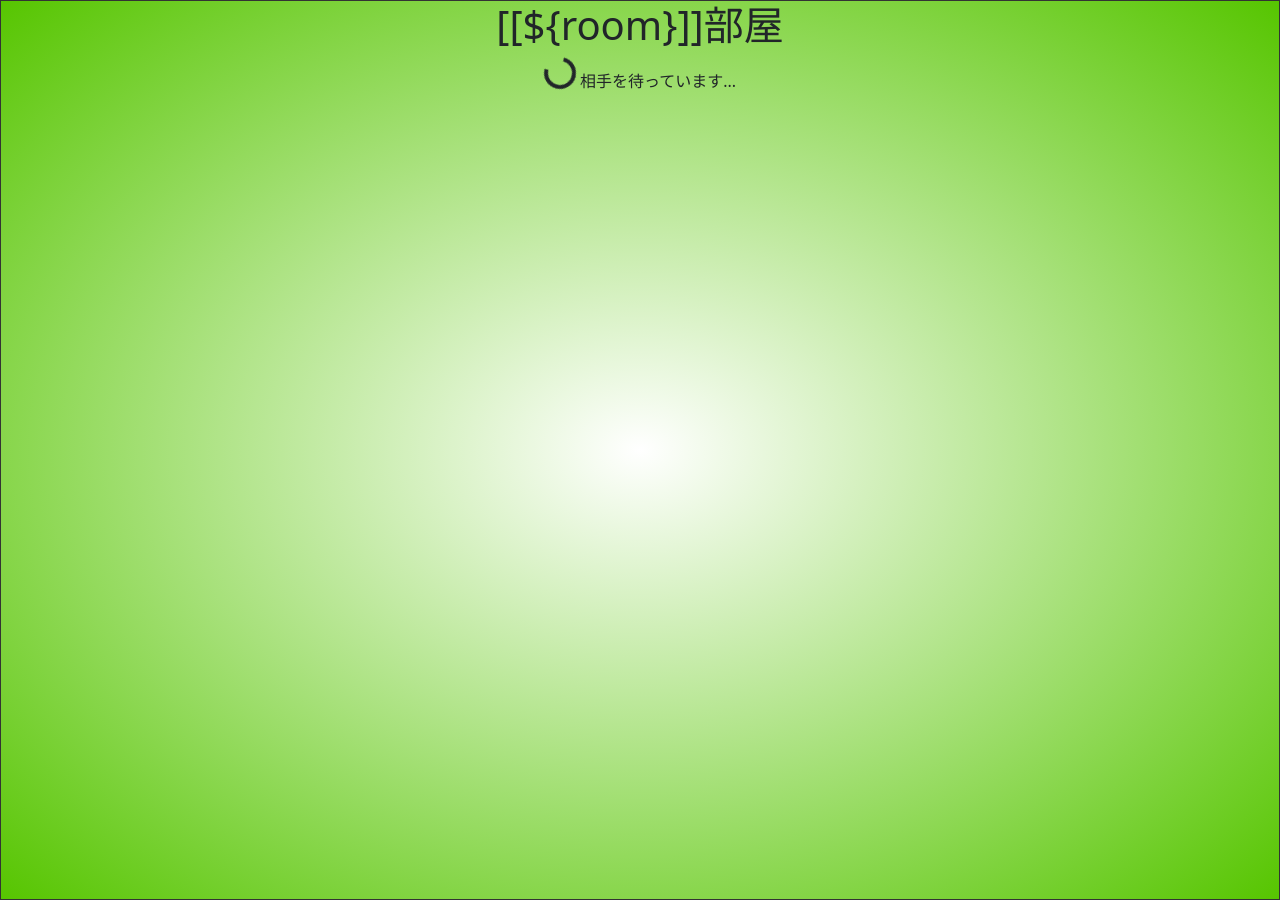
Repository: e1b21074/field_arena
Page: .log/field_arena/src/main/resources/templates/room.html
An editor plug-in stored every save of this project. The page is shown before and after the next save, followed by the edit.
The browser window is 1280 px wide. The pictures show the whole page.
The page's requests for data from a server got no answer.

Above is the page before, as saved 2024-01-05 23:58:20.

After the next save:
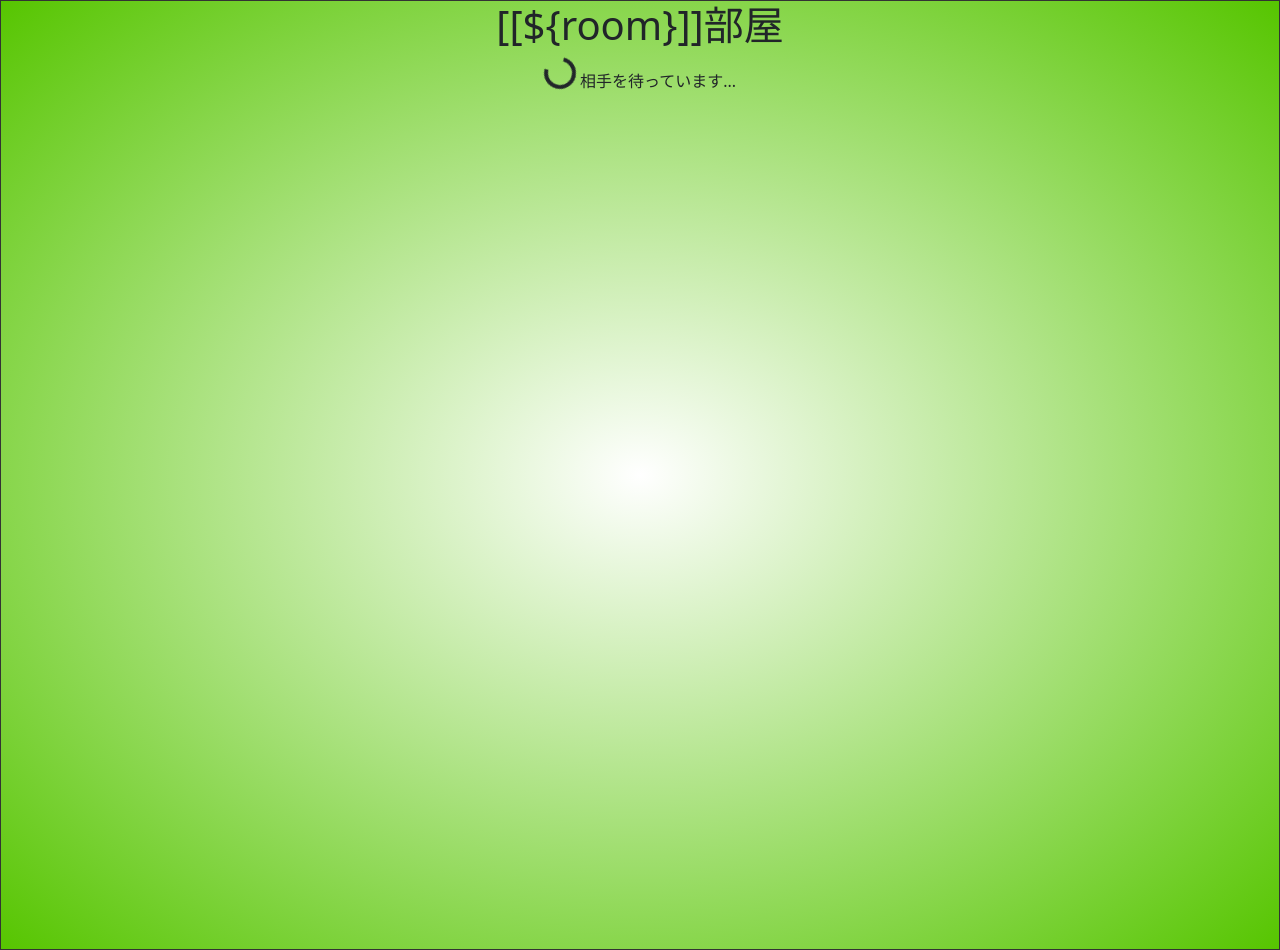
Saved 19 s later.
--- a/.log/field_arena/src/main/resources/templates/room.html
+++ b/.log/field_arena/src/main/resources/templates/room.html
@@ -23,7 +23,7 @@
   <style>
   .gradient {
     background:radial-gradient(#fff, #56C500);
-    height: 900px;
+    height: 950px;
     border: 1px solid #333;
  }
   </style>
